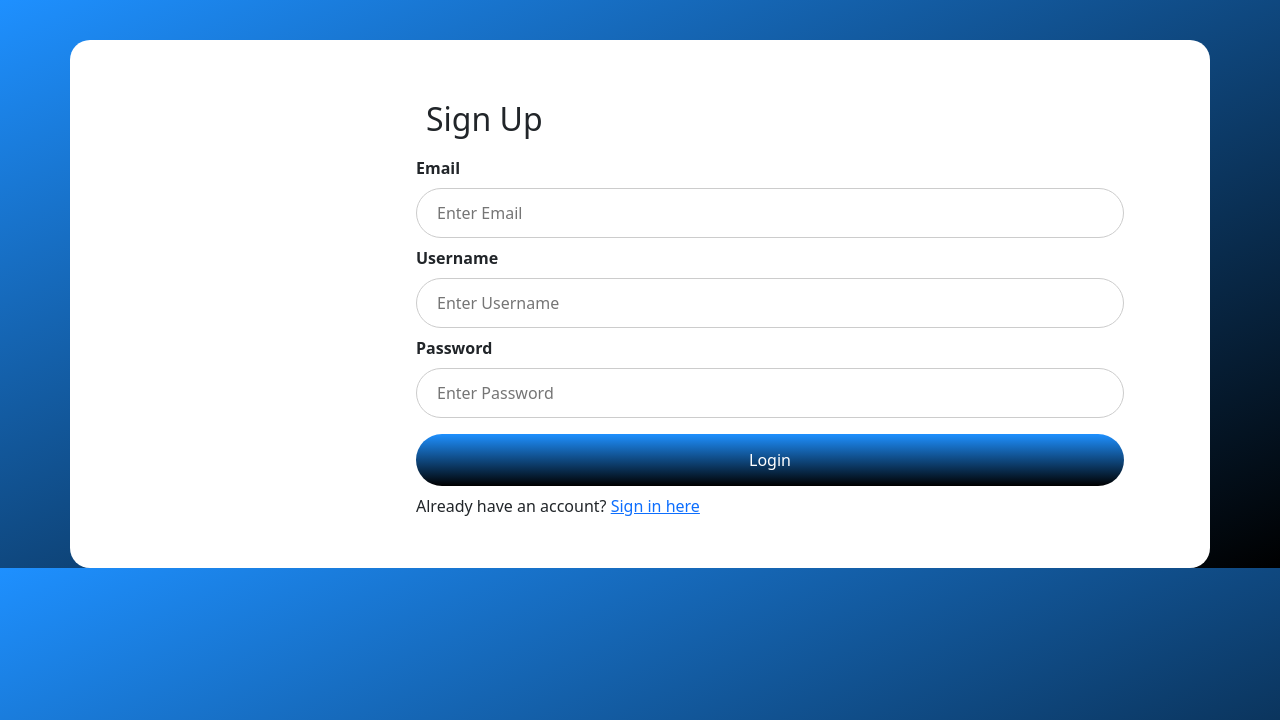
Repository: Sadia-Naveed-Shaikh/JavaScript-Website
Page: SignUp.html
The author's editor kept a copy of each file at every save. The page is drawn from the files as they stood at one save, then again after a run of saves.
The browser window is 1280 px wide. The pictures show the whole page.

Above is the page before, as saved 2021-10-27 15:38:36.

### SignUp.html
<!DOCTYPE html>
<html>

<head>
    <meta charset="utf-8">
    <meta name="viewport" content="width=device-width, initial-scale=1.0">
    <title>Signup</title>
    <link href="https://cdn.jsdelivr.net/npm/bootstrap@5.1.3/dist/css/bootstrap.min.css" rel="stylesheet"
        integrity="sha384-1BmE4kWBq78iYhFldvKuhfTAU6auU8tT94WrHftjDbrCEXSU1oBoqyl2QvZ6jIW3" crossorigin="anonymous">
    <!-- <link rel="stylesheet" href="assets/css/style.css"> -->


    <style>
        body {
            /* background-color: #20b2aa; */
              background-image: linear-gradient(to bottom right, dodgerblue, black);
        }

        .SignupContainer {
            position: absolute;
            width: 800px;
            height: 500px;
            left: 300px;
            top: 50px;
            background-color: white;
            border-radius: 20px;
            border-top-left-radius: 100px;
            border-bottom-right-radius: 100px;
        }

        .loginImg {
            /* top: 300px;
            left: 50px;
            border-top-left-radius: 20px; */
        }

        input[type=text],
        input[type=password] {
            width: 100%;
            padding: 12px 20px;
            margin: 8px 0;
            display: inline-block;
            border: 1px solid #ccc;
            box-sizing: border-box;
            border-radius: 30px;
        }

        button {
            background-image: linear-gradient( dodgerblue, black);
            color: white;
            padding: 14px 20px;
            margin: 8px 0;
            border: none;
            cursor: pointer;
            width: 100%;
            border-radius: 30px;
        }

        button:hover {
            opacity: 0.8;
        }

        .row{
            background-color: white;
            border-radius: 20px;
            padding: 50px;
            margin-top:40px;
        }
    </style>
</head>

<body>
    <div class="container" >
            <div class=row>
                <div class="col-sm-3" >

                </div>

                <div class="col-sm-9">
                    <form action="/action_page.php" method="post">
                        <div class="container">
                            <h2 style="padding:10px; justify-content:center; align-items:center">Sign Up</h2>
                            <label for="email"><b>Email</b></label>
                            <input type="text" placeholder="Enter Email" name="email" required>
                            <label for="uname"><b>Username</b></label>
                            <input type="text" placeholder="Enter Username" name="uname" required>
                            <label for="psw"><b>Password</b></label>
                            <input type="password" placeholder="Enter Password" name="psw" required>
                            <button type="submit">Login</button>
                            <label>
                                Already have an account? <a href="login.html">Sign in here</a>

                            </label>
                        </div>
                    </form>


                </div>

        </div>
    </div>
</body>

</html>

After the next 2 saves:
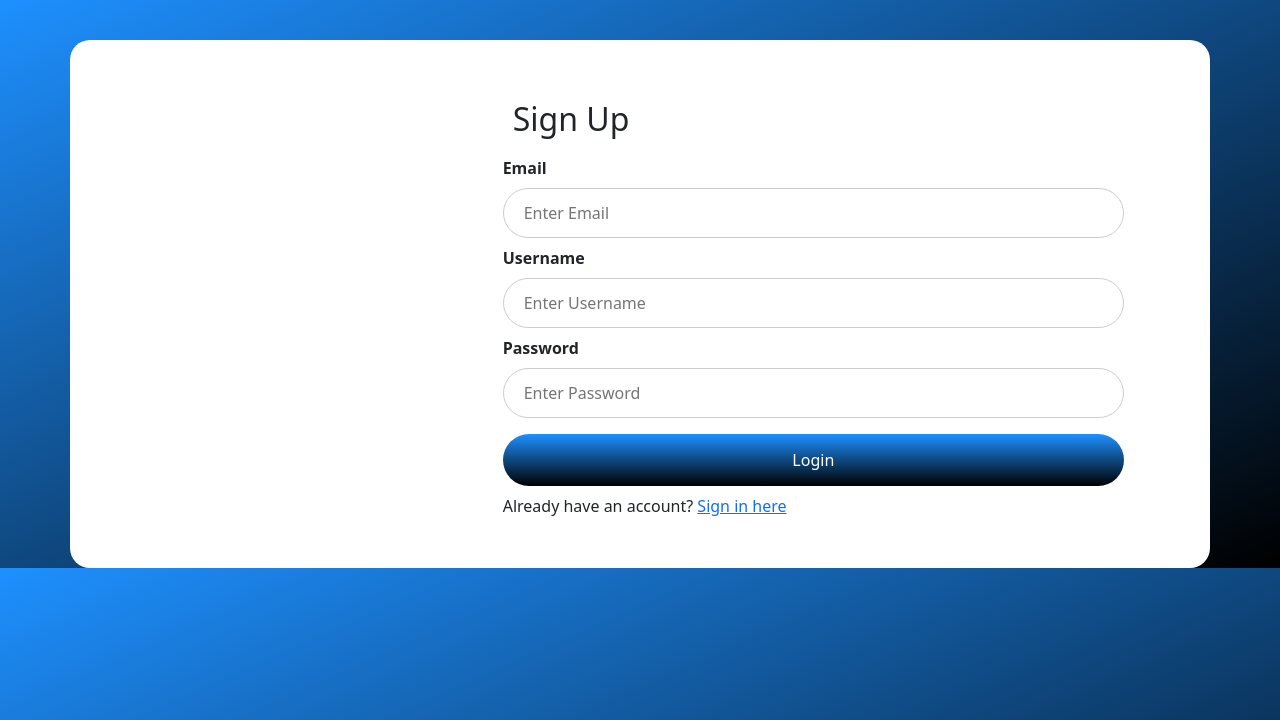
The 2 saves are shown as one change because they came seconds apart.
The last was saved 15 s later.
--- a/SignUp.html
+++ b/SignUp.html
@@ -72,11 +72,11 @@
 <body>
     <div class="container" >
             <div class=row>
-                <div class="col-sm-3" >
+                <div class="col-sm-4" >
 
                 </div>
 
-                <div class="col-sm-9">
+                <div class="col-sm-8">
                     <form action="/action_page.php" method="post">
                         <div class="container">
                             <h2 style="padding:10px; justify-content:center; align-items:center">Sign Up</h2>
